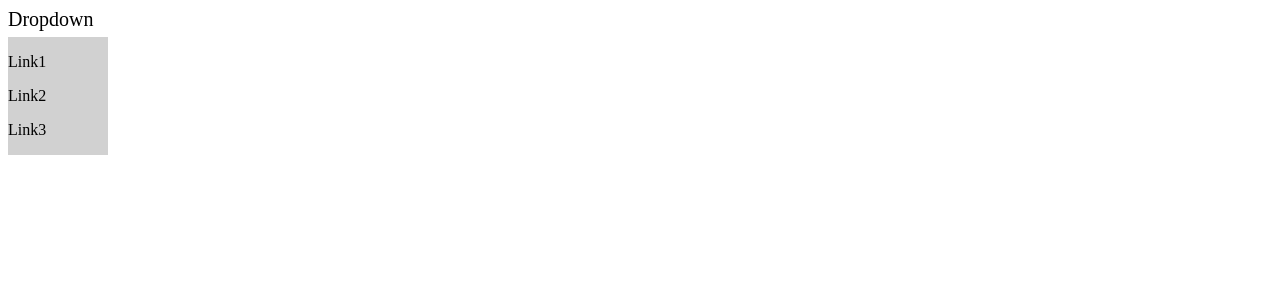
Repository: nvngon2604/Git
Page: web/index.html
An editor plug-in stored every save of this project. The page is shown before and after the next save, followed by the edit.
The browser window is 1280 px wide. The pictures show the whole page.
Some web libraries are served in a nearby version.

Above is the page before, as saved 2020-05-10 11:14:52.

### web/index.html
<!DOCTYPE html>
<html lang="en">
<head>
    <meta charset="UTF-8">
    <meta name="viewport" content="width=device-width, initial-scale=1.0">
    <script src="https://kit.fontawesome.com/c1afb31dbf.js" crossorigin="anonymous"></script>
    <link href="https://fonts.googleapis.com/css2?family=Raleway:wght@200&display=swap" rel="stylesheet">
    <link rel="stylesheet" href="article.css">
    <link rel="stylesheet" href="web.css">
    <title>Document</title>
</head>
<body>
    <div class="dropdown">
        <span>Dropdown</span>
        <div class="dropdown-content">
            <p>Link1</p>
            <p>Link2</p>
            <p>Link3</p>
        </div>
    </div>
</html>

### web/article.css
article{
    width: 150px;
    margin: 40px 100px;
}
article ul li{
    list-style: none;
    margin: 35px 0;
}
article ul li a {
    text-decoration: none;
    color: rgb(0, 0, 0);
}
article ul li a:hover{
    color: white;
    transition: 0.2s;
}

### web/web.css
.dropdown {
    position: relative;
}
.dropdown span {
    font-size: 20px;
}
.dropdown-content {
    position: absolute;
    display: ;
    min-width: 100px;
    background-color: rgb(209, 209, 209);
    padding: px 16px;
    margin-top: 6px;
}

After the next save:
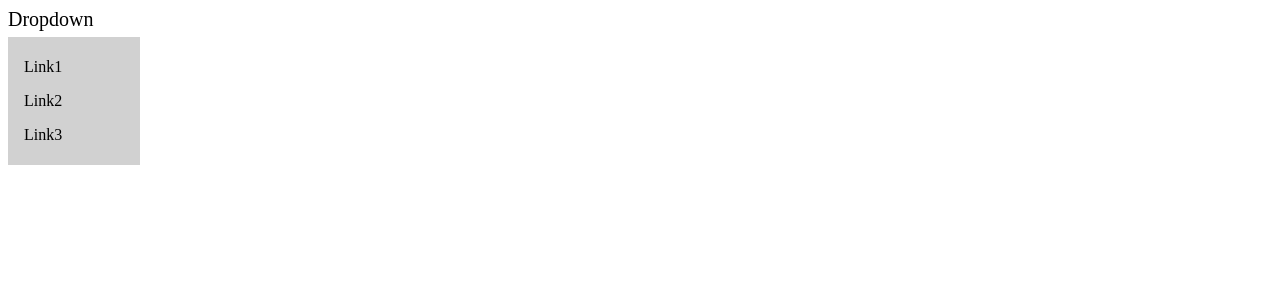
Saved 4 s later.
--- a/web/web.css
+++ b/web/web.css
@@ -9,6 +9,6 @@
     display: ;
     min-width: 100px;
     background-color: rgb(209, 209, 209);
-    padding: px 16px;
+    padding: 5px 16px;
     margin-top: 6px;
 }
